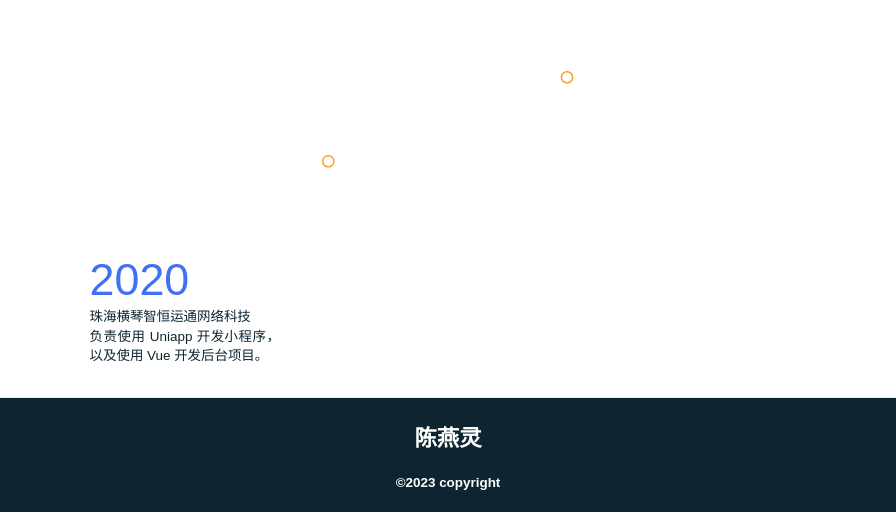
Repository: alinlinbo/yanling-resume-site
Page: index.html
The author's editor kept a copy of each file at every save. The page is drawn from the files as they stood at one save, then again after the next save.
The browser window is 1280 px wide. The pictures show the part of the page from y = 3839 to 5759 px (the page is 4571 px tall before and 5759 px after), at 70% of full size.

Above is the page before, as saved 2023-09-22 20:18:29.

### index.html
<!DOCTYPE html>
<html lang="en">

<head>
    <meta charset="UTF-8">
    <meta name="viewport" content="width=device-width, initial-scale=1.0">

    <link rel="stylesheet" href="assets/css/style.css">
    <link href='https://unpkg.com/boxicons@2.1.4/css/boxicons.min.css' rel='stylesheet'>
    <link rel="stylesheet" href="https://cdnjs.cloudflare.com/ajax/libs/font-awesome/5.15.4/css/all.min.css" />
    <title>陈燕灵简历</title>

</head>

<body>
    <!-- header -->

    <header class="l-header">
        <nav class="nav bd-grid">
            <div>
                <a href="#" class="nav__logo">陈燕灵</a>
            </div>

            <div class="nav__menu" id="nav-menu">
                <ul class="nav__list">
                    <li class="nav__item">
                        <a href="#home" class="nav__link active">介绍</a>
                    </li>
                    <li class="nav__item">
                        <a href="#skills" class="nav__link">技术</a>
                    </li>
                    <li class="nav__item">
                        <a href="#about" class="nav__link">关于</a>
                    </li>
                    <li class="nav__item">
                        <a href="#project" class="nav__link">项目</a>
                    </li>
                    <li class="nav__item">
                        <a href="#work" class="nav__link">工作</a>
                    </li>

                    <!-- <li class="nav__item">
                        <a href="#contact" class="nav__link">Contact</a>
                    </li> -->
                </ul>
            </div>
            <div class="nav__toggle" id="nav-toggle">
                <svg class="icon svg-icon" aria-hidden="true">
                    <use xlink:href="#icon-list"></use>
                </svg>
            </div>
        </nav>
    </header>

    <main class="l-main">
        <!-- hrme -->
        <section class="home section bd-grid" id="home">
            <div class="home__data">
                <h1 class="home__title">
                    Hi,<br>我是<span class="home__title-color">陈燕灵</span><br> 前端开发
                </h1>
                <h1 class="phone">电话：15919213326</h1>
                <a href="#" style="position: relative; z-index: 10;" class="button" id="contact">联系我</a>
            </div>
            <div class="home__social">
                <a href="#" class="home__social-icon" id="wechat">
                    <svg class="svg-icon-home icon" aria-hidden="true">
                        <use xlink:href="#icon-weixin"></use>
                    </svg>
                </a>
                <div class="home__social-icon">
                    <a href="#" onclick="openNewWindow('https://github.com/alinlinbo')" id="myGit">
                        <svg class="svg-icon-home icon" aria-hidden="true">
                            <use xlink:href="#icon-github-fill"></use>
                        </svg>

                    </a>
                    <div class=" home__git">
                        <a href="#" onclick="openNewWindow('https://github.com/alinlinbo')">https://github.com/alinlinbo</a>
                    </div>
                </div>
                <div class="home__social-icon">
                    <a href="#" id="myPhone">
                        <svg class="svg-icon-home svg-icon icon" aria-hidden="true">
                            <use xlink:href="#icon-phone"></use>
                        </svg>
                    </a>
                    <div class=" home__phone">
                        <div>15919213326</div>
                    </div>
                </div>



                <div class=" home__code">
                    <img src="assets/img/wechat_code.png" alt="">
                </div>


            </div>

            <div class="home__img">
                <img class="home__img" src="assets/img/head1.jpg" alt="">
            </div>
        </section>

        <section class="skills section" id="skills">
            <h2 class="section-title">技术</h2>

            <div class="project__container bd-grid">
                <div class="skills__data">
                    <div class="skills__item">
                        <div class="skill__introduce">
                            <div class="skills__intr__r">
                                <i class='bx bxl-html5 skills__icon'></i><span>HTML5</span>
                            </div>

                            <div class="skills__bar">90%</div>
                        </div>

                        <div class="skills__line skills__line90"></div>
                    </div>
                </div>
                <div class="skills__data">
                    <div class="skills__item">
                        <div class="skill__introduce">
                            <div class="skills__intr__r">
                                <i class='bx bxl-css3 skills__icon'></i><span>CSS3</span>
                            </div>

                            <div class="skills__bar">80%</div>
                        </div>

                        <div class="skills__line80 skills__line"></div>
                    </div>
                </div>
                <div class="skills__data">
                    <div class="skills__item">
                        <div class="skill__introduce">
                            <div class="skills__intr__r">
                                <i class='bx bxl-javascript skills__icon'></i><span>JavaScript</span>
                            </div>

                            <div class="skills__bar">85%</div>
                        </div>

                        <div class="skills__line85 skills__line"></div>
                    </div>
                </div>
                <div class="skills__data">
                    <div class="skills__item">
                        <div class="skill__introduce">
                            <div class="skills__intr__r">
                                <i class='bx bxl-vuejs skills__icon color-vue'></i><span>Vue</span>
                            </div>

                            <div class="skills__bar">70%</div>
                        </div>

                        <div class="skills__line70 skills__line"></div>
                    </div>
                </div>
                <div class="skills__data">
                    <div class="skills__item">
                        <div class="skill__introduce">
                            <div class="skills__intr__r">
                                <i class='bx bx-link skills__icon color-vue'></i><span>小程序、Uniapp</span>
                            </div>

                            <div class="skills__bar">75%</div>
                        </div>

                        <div class=" skills__line skills__line75"></div>
                    </div>
                </div>
                <div class="skills__data">
                    <div class="skills__item">
                        <div class="skill__introduce">
                            <div class="skills__intr__r">
                                <i class='bx bx-landscape skills__icon color-vue'></i><span>Nuxt.js</span>
                            </div>

                            <div class="skills__bar">65%</div>
                        </div>

                        <div class=" skills__line skills__line65"></div>
                    </div>
                </div>
            </div>
        </section>
        <section class="about section" id="about">
            <h2 class="section-title">关于</h2>
            <div class="about__container bd-grid">
                <div class="about__img">
                    <img src="assets/img/about.jpg" alt="">
                </div>
                <div class="about__sub">
                    <h2 class="about__subtitle">I'am 陈燕灵</h2>
                    <p class="about__text">
                        多年 <span>JavaScript(TypeScript )</span>开发经验，熟练掌握<span> ES6+/CSS 3</span>新特性，熟练使用 Vue 、小程序、UniApp 等前端开发框架
                        具有一定的后端开发(<span>Node.js</span>)经验，掌握 <span>MySql</span> 等数据库查询
                        熟悉 <span>Nuxt.js</span>等 meta framework 的使用，能独立搭建<span>全栈 web</span> 应用</p>
                </div>
        </section>

        <section class="project section" id="project">
            <h2 class="section-title">项目</h2>
            <div class="project__container bd-grid">
                <div class="project__data">
                    <div class="project__item">
                        <h2 class="project__subtitle">个人线上简历</h2>
                        <span class="project__text">使用CSS和JavaScript开发的个人线上简历，利用媒体查询和Rem特性同时适配了PC端和移动端，且实现了一些动画</span>
                    </div>
                </div>
                <div class="project__data">
                    <div class="project__item">
                        <h2 class="project__subtitle">润通联合云管家</h2>
                        <span
                            class="project__text">基于uniapp框架开发的微信小程序的缴费小程序。实现了缴费、房屋管理、报修管理等模块的页面、接口对接以及交互。以及axios封装和导航栏等公用组件的封装。</span>
                    </div>
                </div>
                <div class="project__data">
                    <div class="project__item">
                        <h2 class="project__subtitle">寺院后台管理系统</h2>
                        <span
                            class="project__text">使用jq，bootstrap和vue开发的寺院后台管理系统，实现了文章管理，用户管理,项目管理等模块前端页面的编写与接口的对接，在项目中对ajax请求进行封装，为接口调用添加了拦截器和loading动画，有效减少代码量并提高开发效率</span>
                    </div>
                </div>
                <div class="project__data">
                    <div class="project__item">
                        <h2 class="project__subtitle">寺院公众号项目</h2>
                        <span
                            class="project__text">使用jq开发的微信公众号微站，实现了首页，详情页，我的页面等的接口对接及样式修改，针对业务场景封装底部及顶部导航栏、头部返回等公用组件，提高代码复用</span>
                    </div>
                </div>
                <div class="project__data">
                    <div class="project__item">
                        <h2 class="project__subtitle">1983抽盒机</h2>
                        <span
                            class="project__text">基于原生微信小程序、支付宝小程序商城，项目使用小程序自带的组件，完成了优惠券红包领取、活动页主页、海报分享、抽盲盒等模块的接口对接及样式修改</span>
                    </div>
                </div>
                <div class="project__data">
                    <div class="project__item">
                        <h2 class="project__subtitle">新八佰伴等商城小程序</h2>
                        <span
                            class="project__text">基于uni-app框架开发的微信小程序商城，项目使用uview组件和uni-app自带的组件，完成了购物、详情、提交订单等模块的接口对接及样式修改</span>
                    </div>
                </div>
                <div class="project__data">
                    <div class="project__item">
                        <h2 class="project__subtitle">系统中台</h2>
                        <span class="project__text">基于vue框架，使用ant design组件开发的业务中台,完成商家参数、进口报关模块的交互与接口对接</span>
                    </div>
                </div>
                <div class="project__data">
                    <div class="project__item">
                        <h2 class="project__subtitle">商城管理后台</h2>
                        <span
                            class="project__text">使用vue框架和element-ui开发的商城管理后台，实现了优惠券、文章管理、会员管理等模块部分接口对接与前端小程序页面的编写</span>
                    </div>
                </div>
        </section>

        <section class="work section" id="work">
            <h2 class="section-title">工作</h2>
            <div class="work__container bd-grid">

                <div class="work__data">
                    <div class="work__name">
                        <i class='bx bx-buildings work__icon'></i>
                        <span class="work__name">珠海齐润科技有限公司</span>
                    </div>
                    <div class="work__name">
                        <i class='bx bxs-briefcase-alt-2 work__icon'></i>
                        <span class="work__name">负责使用 Uniapp 开发小程序，以及使用 Vue 开发后台项目。</span>
                    </div>
                    <div class="work__name">
                        <i class='bx bx-time-five work__icon'></i>
                        <span class="work__name">2022-08~2022-01</span>
                    </div>
                </div>
                <div class="work__data">
                    <div class="work__name">
                        <i class='bx bx-buildings work__icon'></i>
                        <span class="work__name">珠海唐佛科技有限公司</span>
                    </div>
                    <div class="work__name">
                        <i class='bx bxs-briefcase-alt-2 work__icon'></i>
                        <span class="work__name">负责使用vue和jquery开发微信公众号、微站和后台管理。</span>
                    </div>
                    <div class="work__name">
                        <i class='bx bx-time-five work__icon'></i>
                        <span class="work__name">2021-03~2022-07</span>
                    </div>
                </div>
                <div class="work__data">
                    <div class="work__name">
                        <i class='bx bx-buildings work__icon'></i>
                        <span class="work__name">珠海横琴智恒运通网络科技</span>
                    </div>
                    <div class="work__name">
                        <i class='bx bxs-briefcase-alt-2 work__icon'></i>
                        <span class="work__name">负责使用 Uniapp 开发小程序，以及使用 Vue 开发后台项目。</span>
                    </div>
                    <div class="work__name">
                        <i class='bx bx-time-five work__icon'></i>
                        <span class="work__name">2020-11~2021-02</span>
                    </div>
                </div>

            </div>
        </section>
        <!-- <section class="contact section" id="contact">
            <h2 class="section-title">Contact</h2>
            <div class="contact__container bd-grid">
                <form action="" class="contact__form">
                    <input type="text" placeholder="Name" class="contact__input">
                    <input type="email" placeholder="Email" class="contact__input">
                    <label for="contact-message"></label>
                    <textarea id="contact-message" name="message" cols="30" rows="10" class="contact__input"></textarea>

                    <input type="button" value="Enviar" class="contact__button button">
                </form>
            </div>
        </section> -->
        <section class="work section">
            <div class="svg__content">
                <svg >
                    <!-- 三段直线 -->
                    <path class="line" id="line" d="" stroke="#F89C21" stroke-width="2" fill="none" />
                    <!-- 两个间隔小圆点 -->
                    <circle class="d-none" id="c1" cx="200" cy="50" r="8" stroke="#F89C21" stroke-width="2" fill="white" />
                    <circle class="d-none" id="c2" cx="100" cy="50" r="8" stroke="#F89C21" stroke-width="2" fill="white" />
                </svg>
                <div class="work__list">
                    <div class="work__item">
                        <div class="work__year">2020</div>
                        <div>珠海横琴智恒运通网络科技</div>
                        <div>负责使用 Uniapp 开发小程序，以及使用 Vue 开发后台项目。</div>

                    </div>
                </div>

            </div>


        </section>

    </main>

    <footer class="footer">
        <p class="footer__title">陈燕灵</p>
        <div style="display: none;" class="footer__social">
            <a href="#" class="footer__icon"><i class='bx bxl-facebook'></i></a>
            <a href="#" class="footer__icon"><i class='bx bxl-instagram'></i></a>
            <a href="#" class="footer__icon"><i class='bx bxl-twitter'></i></a>
        </div>
        <p>&#169;2023 copyright</p>
    </footer>
    <!-- <script src="https://unpkg.com/scrollreveal"></script> -->
    <script src="assets/js/main.js"></script>
    <script src="assets/js/iconfont.js"></script>
</body>

</html>

Loaded but not shown: assets/js/iconfont.js (library); assets/js/main.js (231 lines, source omitted); assets/css/style.css (907 lines, source omitted)

After the next save:
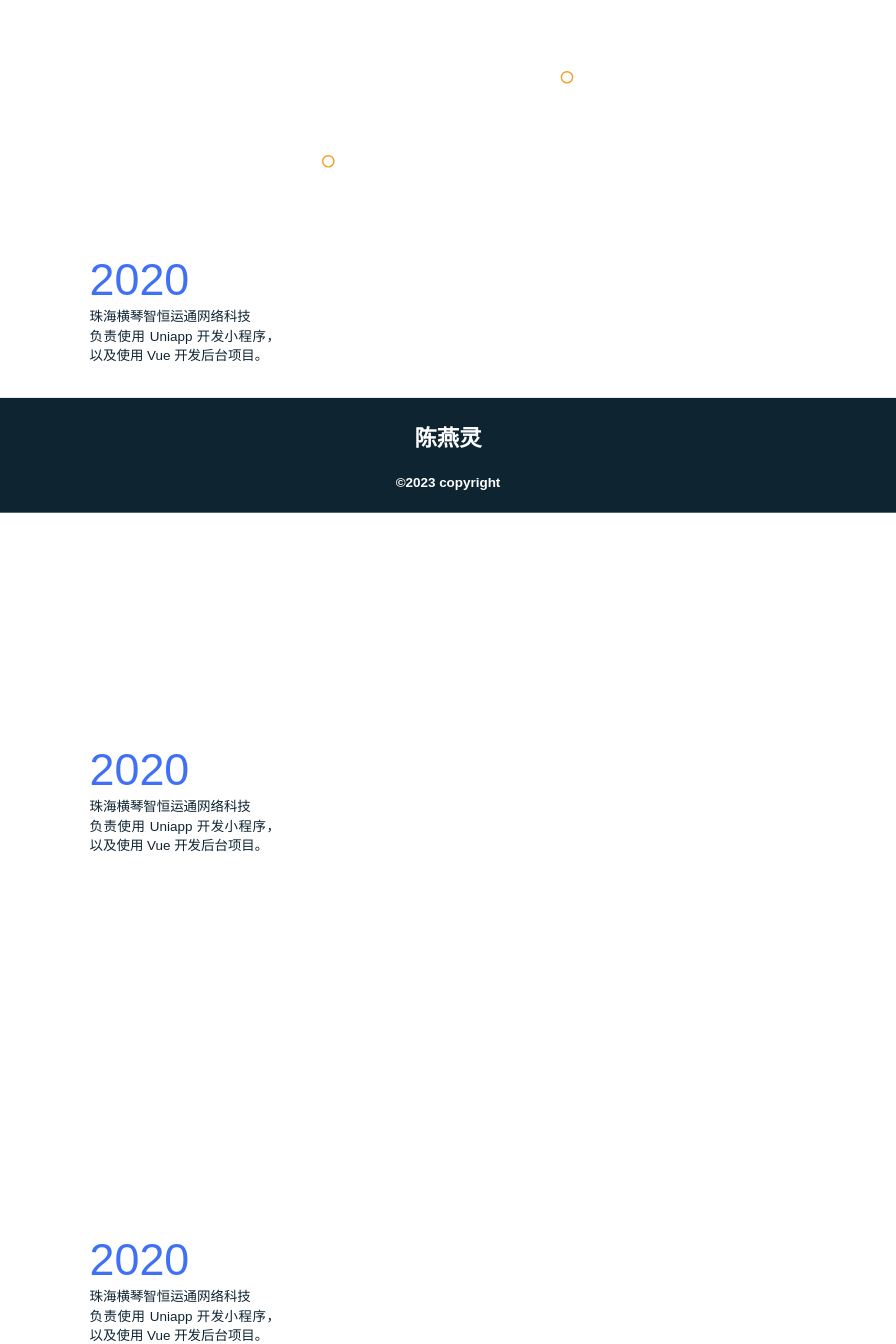
Saved 49 s later.
--- a/index.html
+++ b/index.html
@@ -338,7 +338,16 @@
                         <div class="work__year">2020</div>
                         <div>珠海横琴智恒运通网络科技</div>
                         <div>负责使用 Uniapp 开发小程序，以及使用 Vue 开发后台项目。</div>
-
+                    </div>
+                    <div class="work__item">
+                        <div class="work__year">2020</div>
+                        <div>珠海横琴智恒运通网络科技</div>
+                        <div>负责使用 Uniapp 开发小程序，以及使用 Vue 开发后台项目。</div>
+                    </div>
+                    <div class="work__item">
+                        <div class="work__year">2020</div>
+                        <div>珠海横琴智恒运通网络科技</div>
+                        <div>负责使用 Uniapp 开发小程序，以及使用 Vue 开发后台项目。</div>
                     </div>
                 </div>
 
